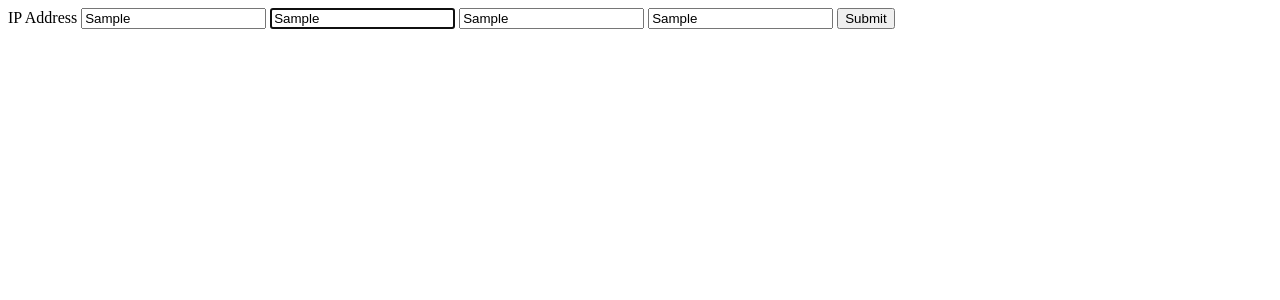
Repository: Padminivittal/Padmini-MWB
Page: MWB Day1/WebContent/Lab3_Jq1.html
An editor plug-in stored every save of this project. The page is shown before and after the next save, followed by the edit.
The browser window is 1280 px wide. The pictures show the whole page.
Empty fields were first filled with sample values (such as "Sample", 5 or name@example.com).
After loading, the first visible `#txt1` was changed once.

Above is the page before, as saved 2012-07-20 09:38:27.

### MWB Day1/WebContent/Lab3_Jq1.html
<!DOCTYPE HTML>
<html>
<script src="js/jquery-1.7.2.js"></script>
<script>
$().ready(function(){
	$("input:text").each(function(){
		$(this).on("keyup",function()
		{
			$(this).next().focus();
		});
	});
	$("#btnClick").on("click",function(){
		$("input:text").attr("disabled","disabled");
	});
});

</script>
<head>
</head>
<body>
<label for="txt1">IP Address</label>
<input type="text" class="ipaddress" id="txt1"/>
<input type="text" id="txt2" class="ipaddress" />
<input type="text" id="txt3" class="ipaddress" />
<input type="text" id="txt4" class="ipaddress" />
<input type="button" value="Submit" id="btnClick"/>
</body>
</html>

Loaded but not shown: MWB Day1/WebContent/js/jquery-1.7.2.js (library)

After the next save:
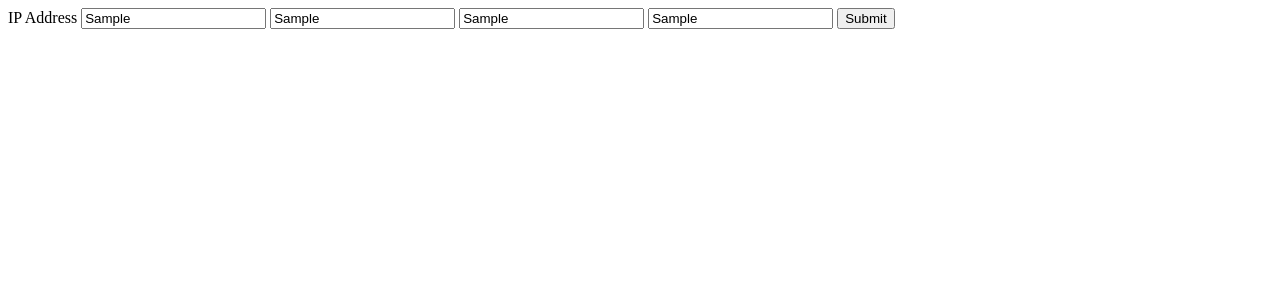
Saved 82 s later.
--- a/MWB Day1/WebContent/Lab3_Jq1.html
+++ b/MWB Day1/WebContent/Lab3_Jq1.html
@@ -6,6 +6,7 @@ $().ready(function(){
 	$("input:text").each(function(){
 		$(this).on("keyup",function()
 		{
+			if($(this).val().length==3)
 			$(this).next().focus();
 		});
 	});
